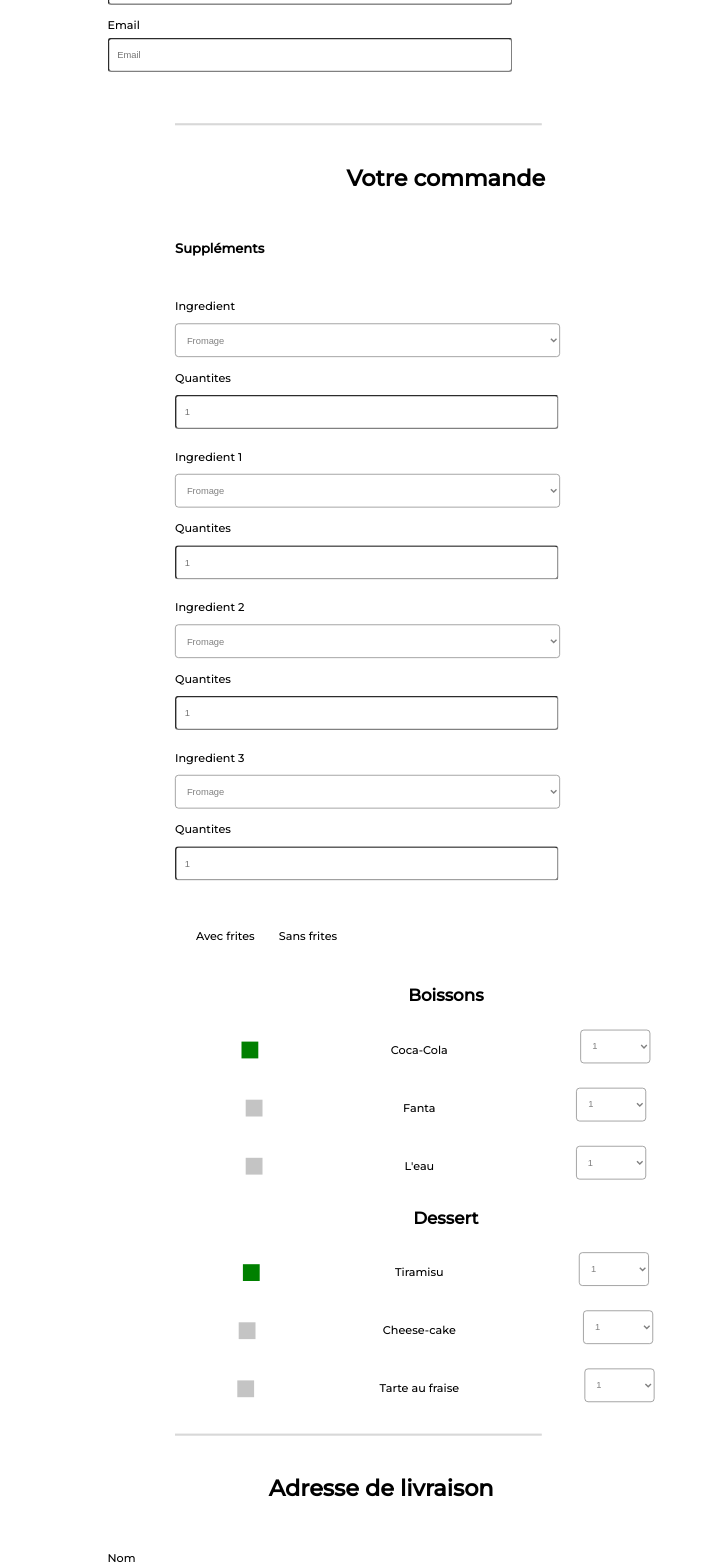
Repository: Ahlam-belhadj/bella-olange
Page: index2.html
The author's editor kept a copy of each file at every save. The page is drawn from the files as they stood at one save, then again after a run of saves.
The browser window is 1024 px wide. The pictures show the part of the page from y = 1240 to 3480 px (the page is 4501 px tall), at 70% of full size.

Above is the page before, as saved 2023-02-14 15:12:47.

### index2.html
<!DOCTYPE html>
<html lang="en">

<head>
    <meta charset="UTF-8">
    <meta http-equiv="X-UA-Compatible" content="IE=edge">
    <meta name="viewport" content="width=device-width, initial-scale=1.0">
    <link rel="stylesheet" href="style2.css">
    <title>Bella olanje</title>
</head>

<body>
  <header>
    <nav>
      <div class="logo"><img  class="logo" src="image/logo_bella_olonje.png" alt="logo"></div>
      <ul>
          <li><a href="#" class="nav-link">Home</a></li>
          <li><a href="#" class="nav-link">Pizza</a></li>
          <li><a href="#" class="nav-link">Burgers</a></li>
          <li><a href="#" class="nav-link">Salade</a></li>
          <li><a href="#" class="nav-link">Contact</a></li>

      </ul>
      <div class="icon_navbar">
          <label for="click" class="menu-btn">
            <i class="fas fa-bars"></i>
          </label>
      </div>
    </nav>

    <div class="title">
        <div class="texte">
            <h3>Food app</h3>
            <h1>Chez Bella <br>
                chaque désire s'additionne.</h1>
        </div>
    </div>
</header>




    <main>
      <div class="infos" id="form-infos">
        <form>
          <h1>Vos informations</h1>

          <div class="grp_infos">
            <div class="nom_prenom">
              <div class="label1">
                <label class="label_nom">Nom</label><br>
                <input type="text" placeholder="Nom">
              </div>
              <div class="label1">
                <label class="label_nom">Prénom</label><br>
                <input type="text" placeholder="Prénom">
              </div>
            </div>

            <div class="telephone_email">
              <div class="label1">
                <label class="label_nom">Téléphone</label><br>
                <input type="text" placeholder="Téléphone">
              </div>
              <div class="label1">
                <label class="label_nom">Email</label><br>
                <input type="text" placeholder="Email">
              </div>
            </div>
          </div>
        </form>
      </div>

      <hr>

      <div class="commande">
        <form>
          <h1>Votre commande</h1>
          <h3>Suppléments</h3>
          <div class="grp_suppliment">
            <div class="ingredient_quantite">
              <div class="fromage">
                <label>Ingredient</label><br>
                <select name="ingr" class="suppléments">
                  <option value="fromage">Fromage</option>
                  <option value="fromage">Fromage</option>
                  <option value="fromage">Fromage</option>
                  <option value="fromage">Fromage</option>
                  <option value="fromage">Fromage</option>
                  <option value="fromage">Fromage</option>
                  <option value="fromage">Fromage</option>
                </select>
              </div>
              <div class="box">
                <label>Quantites</label><br>
                <input type="number" min="0" placeholder="1">
              </div>
            </div>

            <div class="ingredient_quantite">
             <div class="fromage">
                <label>Ingredient 1</label><br>
                <select name="ingr" class="suppléments">
                  <option value="fromage">Fromage</option>
                  <option value="fromage">Fromage</option>
                  <option value="fromage">Fromage</option>
                  <option value="fromage">Fromage</option>
                  <option value="fromage">Fromage</option>
                  <option value="fromage">Fromage</option>
                  <option value="fromage">Fromage</option>
                </select>
              </div>
              <div class="box">
                <label>Quantites</label><br>
                <input type="number" min="0" placeholder="1">
              </div>
            </div>

            <div class="ingredient_quantite">
              <div class="fromage">
                <label>Ingredient 2</label><br>
                <select name="ingr" class="suppléments">
                  <option value="fromage">Fromage</option>
                  <option value="fromage">Fromage</option>
                  <option value="fromage">Fromage</option>
                  <option value="fromage">Fromage</option>
                  <option value="fromage">Fromage</option>
                  <option value="fromage">Fromage</option>
                  <option value="fromage">Fromage</option>
                </select>
              </div>
              <div class="box">
                <label>Quantites</label><br>
                <input type="number" min="0" placeholder="1">
              </div>
            </div>

            <div class="ingredient_quantite">
              <div class="fromage">
                <label>Ingredient 3</label><br>
                <select name="ingr" class="suppléments">
                  <option value="fromage">Fromage</option>
                  <option value="fromage">Fromage</option>
                  <option value="fromage">Fromage</option>
                  <option value="fromage">Fromage</option>
                  <option value="fromage">Fromage</option>
                  <option value="fromage">Fromage</option>
                  <option value="fromage">Fromage</option>
                </select>
              </div>
              <div class="box">
                <label>Quantites</label><br>
                <input type="number" min="0" placeholder="1">
              </div>
            </div>
          </div>


          <div class="check2">
            <label class="container">Avec frites
              <input type="radio" checked="checked" name="radio">
              <span class="checkmark"></span>
            </label>
            <label class="container">Sans frites
              <input type="radio" name="radio">
              <span class="checkmark"></span>
            </label>
          </div>


          <div class="all">
            <div class="content_of_boisson">
                <h2>Boissons</h2>
                <div class="boissons">
                    <div class="carre"></div>
                    <label>Coca-Cola</label>
                    <select name="Fromage" class="Fromage" style="margin-top: 10px;">
                      <option value="">1</option>
                      <option value="">2</option>
                      <option value="">3</option>
                      <option value="">4</option>
                    </select>
                </div>
                <div class="boissons">
                    <div class="carre grey"></div>
                    <label>Fanta</label>
                    <select name="Fromage" class="Fromage" style="margin-top: 10px;">
                      <option value="">1</option>
                      <option value="">2</option>
                      <option value="">3</option>
                      <option value="">4</option>
                    </select>
                </div>
                <div class="boissons">
                    <div class="carre grey"></div>
                    <label>L'eau</label>
                    <select name="Fromage" class="Fromage" style="margin-top: 10px;">
                      <option value="">1</option>
                      <option value="">2</option>
                      <option value="">3</option>
                      <option value="">4</option>
                    </select>
                </div>
            </div>

            <div class="content_of_dessert">
                <h2>Dessert</h2>
                <div class="boissons dessert">
                    <div class="carre"></div>
                    <label>Tiramisu</label>
                    <select name="Fromage" class="Fromage" style="margin-top: 10px;">
                        <option value="">1</option>
                        <option value="">2</option>
                        <option value="">3</option>
                        <option value="">4</option>
                    </select>
                </div>
                <div class="boissons dessert">
                    <div class="carre grey"></div>
                    <label>Cheese-cake</label>
                    <select name="Fromage" class="Fromage" style="margin-top: 10px;">
                      <option value="">1</option>
                      <option value="">2</option>
                      <option value="">3</option>
                      <option value="">4</option>
                    </select>
                </div>
                <div class="boissons dessert">
                    <div class="carre grey"></div>
                    <label>Tarte au fraise</label>
                    <select name="Fromage" class="Fromage" style="margin-top: 10px;">
                      <option value="">1</option>
                      <option value="">2</option>
                      <option value="">3</option>
                      <option value="">4</option>
                    </select>
                </div>
            </div>
            </div>
        </form>
      </div>

      <hr>

      <div class="livraison">
        <form>
          <h1>Adresse de livraison</h1>
          <div class="grp_infos">
            <div class="nom_prenom">
              <div class="label1">
                <label class="label_nom">Nom</label><br>
                <input type="text" placeholder="Nom">
              </div>
              <div class="label1">
                <label class="label_nom">Prénom</label><br>
                <input type="text" placeholder="Prénom">
              </div>
            </div>

            <div class="telephone_email">
              <div class="label1">
                <label class="label_nom">Téléphone</label><br>
                <input type="text" placeholder="Téléphone">
              </div>
              <div class="label1">
                <label class="label_nom">Email</label><br>
                <input type="text" placeholder="Email">
              </div>
            </div>
            <div class="nom_prenom">
              <div class="label1">
                <label class="label_nom">Adresse</label><br>
                <input type="text" placeholder="Adresse">
              </div>
              <div class="label1">
                <label class="label_nom">Code postale</label><br>
                <input type="text" placeholder="Code postale">
              </div>
            </div>

            <div class="telephone_email">
              <div class="label1">
                <label class="label_nom">Ville</label><br>
                <input type="text" placeholder="Ville">
              </div>
              <div class="label1">
                <label class="label_nom">Pays</label><br>
                <input type="text" placeholder="Pays">
              </div>
            </div>
          </div>
            <div class="div_button"><button class="button" type="button">Envoyer</button></div>
        </form>

      </div>
    </main>

</body>

</html>

### style2.css
@import url('https://fonts.googleapis.com/css2?family=Montserrat:wght@100;200;500&display=swap');

body {
    font-family: Montserrat, sans-serif;
    margin: auto;
}


.logo {
    height: 80px;
}

nav {
    display: flex;
    height: 80px;
    background: white;
    align-items: center;
    justify-content: space-between;
    padding: 0 50px 0 100px;
    flex-wrap: wrap;
  }

  nav .logo {
    color: #fff;
    font-size: 20px;
    text-transform: uppercase;
    text-decoration: none;
  }

  nav a {
    color: #fff;
    text-decoration: none;
  }

  nav ul {
    display: flex;
    flex-wrap: wrap;
    list-style: none;

  }

  nav ul li {
    margin: 0 5px;
  }

  nav ul li a {
    color: black;
    text-decoration: none;
    font-size: 16px;
    font-weight: 500;
    padding: 8px 15px;
    border-radius: 5px;
    letter-spacing: 1px;
    transition: all 0.3s ease;
  }

  nav .icon_navbar {
    display: flex;
  }



  nav .menu-btn i {
    color: #050505;
    font-size: 22px;
    cursor: pointer;

  }

  input[type="checkbox"] {
    display: none;
  }

  @media (max-width: 1000px) {
    nav {
      padding: 0 40px 0 50px;
    }

    nav .logo {
      color: #fff;
      font-size: 16px;
      text-transform: uppercase;
    }
  }

 @media (max-width: 1250px) {
    nav .menu-btn i {
      display: block;
    }

    #click:checked~.menu-btn i:before {
      content: "\f00d";
    }

    nav ul {
      position: fixed;
      top: 80px;
      right: -100%;
      background: #C81100;
      height: 100vh;
      width: 60%;
      text-align: center;
      display: block;
      transition: all 0.3s ease;
    }

    #click:checked~ul {
      right: 0;
    }

    nav ul li {
      width: 100%;
      margin: 40px 0;
    }

    nav ul li a {
      width: 100%;
      display: block;
      font-size: 20px;
      transition: 0.6s cubic-bezier(0.68, -0.55, 0.265, 1.55);
    }

    #click:checked~ul li a {
      margin-left: 0px;
    }

    nav ul li a.active,
    nav ul li a:hover {
      background: none;
      color: #1E1E1E;
    }
  }
.title {
  background-image: url(image/Rectangle\ 48.png);
  height: 619px;
  background-repeat: no-repeat;
  background-position: center;
  background-size: cover;



}

.texte{
    color: white;
    display: flex;
    align-items: center;
    justify-content: center;
    flex-direction: column;
    text-align: center;
    height: 50%;
}




/*infos*/


.ingredient_quantite{
    display: flex;
    flex-direction:row;
    justify-content: flex-start;
    gap: 10%;
    margin-bottom: 10px;
}


.label1 input {
    width: 250px;
    height: 35px;
    margin-bottom: 20px;
    margin-top: 8px;
    padding: 5px 12px;
    color: grey;
    border-radius: 5px;
    border-color: gray;
}


.infos h1 {
    padding: 85px;
}

hr {
    height: 3px;
    background-color:#d8d8d8;
    border: none;
    margin: 25px 250px 25px;
}

.nom_prenom {
    display: flex;
    justify-content: space-around;
    padding-right: 0px;
    padding-bottom: 28px;
}
.telephone_email {
    display: flex;
    justify-content: space-around;
    padding-right: 0px;
    padding-bottom: 28px;
}

/*infos*/

/*livraison*/

.livraison h1 {
    margin-left: 65px;
    padding-top: 30px;
    padding-bottom: 50px;
}
/*livraison*/

/*commande*/
.suppléments {
    width: 280px;
    height: 48px;
    margin-bottom: 20px;
    margin-top: 15px;
    padding: 5px 12px;
    color: grey;
    border-radius: 5px;
    border-color: gray;
    background-color: #FFFFFF;
}


.commande {
    margin-left: 250px;
}

.commande h1 {
    padding-top: 30px;
}

.commande h3 {
    padding-top: 50px;
    padding-bottom: 42px;
}

.box input {
    width: 250px;
    height: 35px;
    margin-bottom: 20px;
    margin-top: 15px;
    padding: 5px 12px;
    color: grey;
    border-radius: 5px;
    border-color: gray;
}

.boissons_dessert {
    display: flex;
    flex-direction: row;
}

/*commande*/


.div_button {
    padding: 50px 150px 70px 0px;
    display: flex;
    justify-content: flex-end;
}

button {
    border: 0;
    line-height: 2.5;
    width: 120px;
    padding: 0 18px;
    font-size: 18px;
    text-align: center;
    color: #fff;
    border-radius: 20px;
    background-color: #FA4A0C;
    box-shadow: 1px 1px 5px #B73227;
}


/*dessert et boissons*/

.avec, .sans {
    display: flex;
    flex-direction: row;
    justify-content: space-around;
    width: 150px;
    height: 40px;
    align-items: center;
}

.sans_f {
    padding-top: 39px;
    padding-left: 50px;
}
.avec_f {
    padding-left: 10px;
}

.boissons{
    display: flex;
    align-items: center;
    justify-content: space-around;
    /* width: 31rem; */
    padding-top: 5px;
}

.carre {
    width: 24px;
    height: 24px;
    background-color: green;
}

.carre.grey {
    background-color: #C4C4C4;
}

.all {
    display: flex;
}

.content_of_dessert {
    margin-left: 186px;
}

.Fromage {
    padding: 7px;
    border-radius: 5px;
    width: 280px;
    height: 48px;
    margin-bottom: 20px;
    margin-top: 8px;
    padding: 5px 12px;
    color: grey;
    border-radius: 5px;
    border-color: gray;
    background-color: #FFFFFF;
}
/*dessert et boissons*/


/*checkbox*/
.check2 {
    padding-top: 40px;
    padding-bottom: 40px;
}
.container {
    padding-left: 30px;
    margin-bottom: 12px;
    cursor: pointer;
    font-size: 16px;


  }

  .container input {
    position: absolute;
    opacity: 0;
    cursor: pointer;
  }

  .checkmark {
    position: absolute;
    top: 0;
    left: 0;
    height: 21px;
    width: 21px;
    background-color: rgba(176, 176, 176, 0.677);
    border-radius: 50%;
}




  .container input:checked  .checkmark {
    background-color: #2e3983;
  }

  .checkmark:after {
    position: absolute;
    display: none;
  }

  .container input:checked ~ .checkmark:after {
    display: block;
  }

  .container .checkmark:after {
       top: 9px;
      left: 9px;
      width: 8px;
      background: white;
  }
/*checkbox*/

@media (max-width:650px) {
  .nom_prenom {
      display: flex;
      flex-direction: column;
      padding-left: 15%;
  }

  .telephone_email {
      display: flex;
      flex-direction: column;
      padding-left: 15%;
  }

  .ingredient_quantite{
    display: flex;
    flex-direction: column;
  }

  .all{
    display: flex;
    flex-direction: column;
  }

  .content_of_dessert{
    margin-left: 0px;
  }

  .Fromage{
    width: 20px;
  }

  .commande {
    margin-left: 60px;
}


h2{
  text-align: center;
}

h1{
  text-align: center;
}
}

@media screen and (min-width:651px) and (max-width:1199px) {
  .nom_prenom {
    display: flex;
    flex-direction: column;
    padding-left: 15%;
}

.telephone_email {
    display: flex;
    flex-direction: column;
    padding-left: 15%;
}

.ingredient_quantite{
  display: flex;
  flex-direction: column;
}

.all{
  display: flex;
  flex-direction: column;
}

.content_of_dessert{
  margin-left: 0px;
}

.Fromage{
  width: 100px;
}

h2{
  text-align: center;
}
h1{
  text-align: center;
}

.label1 input {
  width: 550px;

}

.suppléments {
  width: 550px;
}


.box input {
  width: 520px;
}
}

After the next 2 saves:
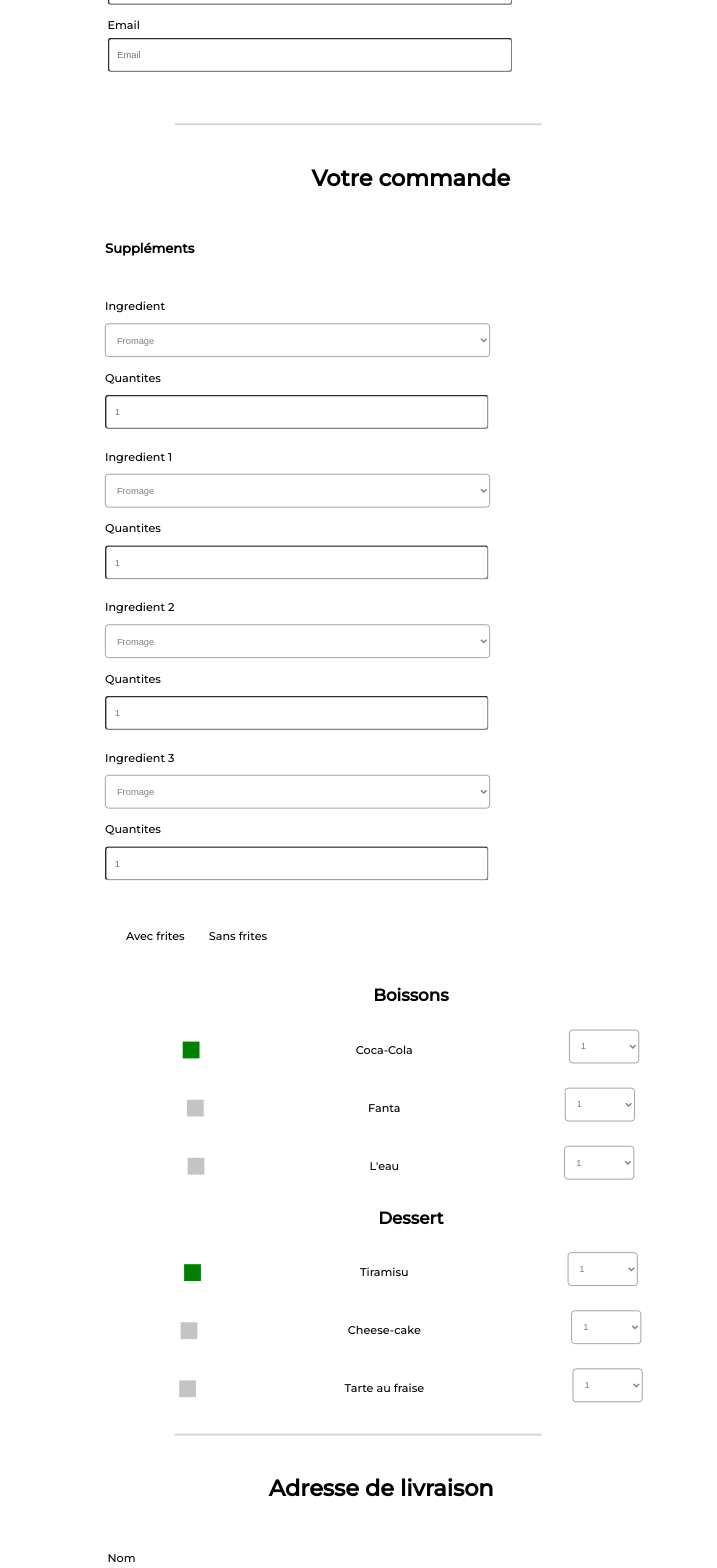
The 2 saves are shown as one change because they came seconds apart.
The last was saved 7 s later.
--- a/style2.css
+++ b/style2.css
@@ -490,4 +490,9 @@ h1{
 .box input {
   width: 520px;
 }
-}
+
+.commande {
+  margin-left: 150px;
+}
+
+}
